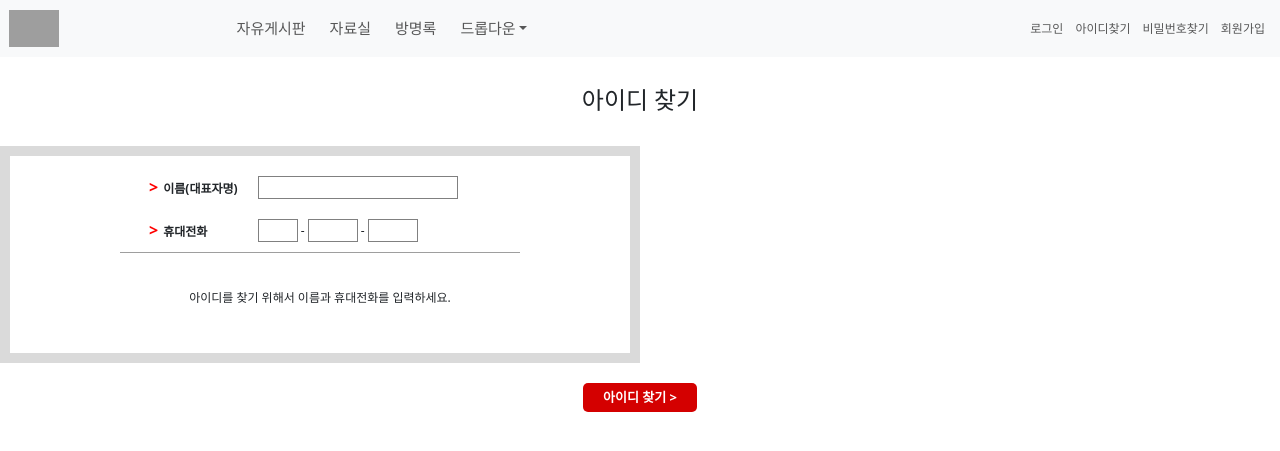
Repository: lim-eun-a/Project
Page: http://localhost/Project/06Session/IdForm.jsp
The author's editor kept a copy of each file at every save. The page is drawn from the files as they stood at one save, then again after the next save.
The browser window is 1280 px wide. The pictures show the whole page.
Pictures or frames that could not be fetched are drawn as grey boxes. Some web libraries are served in a nearby version. The page is served by Tomcat 10.

Above is the page before, as saved 2024-01-11 02:01:38.

After the next save:
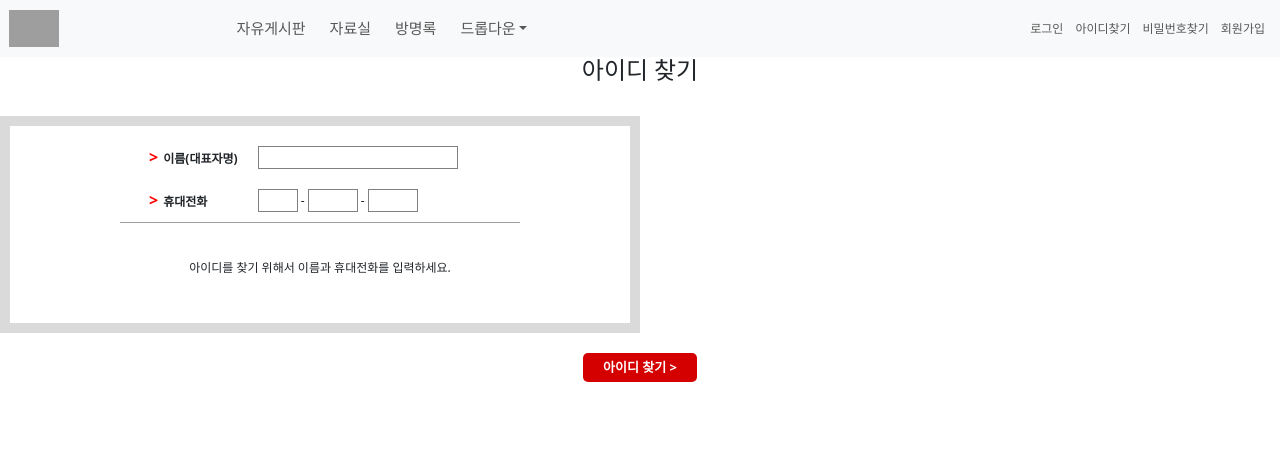
Saved 28 s later.
--- a/Project/src/main/webapp/06Session/IdForm.jsp
+++ b/Project/src/main/webapp/06Session/IdForm.jsp
@@ -31,7 +31,6 @@
 </head>
 <body>
 	<jsp:include page="../Common/Link.jsp"/>
-	<div style="margin-top:30px;"></div>
 	<div id="AllWrap" >
 		<h2>아이디 찾기</h2>
 		<div style="margin-top:30px;"></div>
